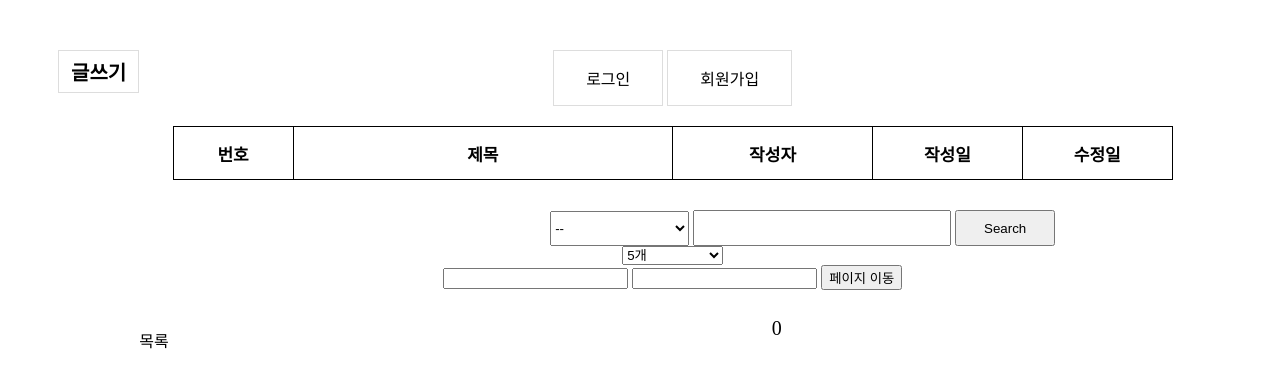
Repository: Shim-YoungDo/gaea-study
Page: http://localhost/study/WEB-INF/views/board/list.jsp
An editor plug-in stored every save of this project. The page is shown before and after the next save, followed by the edit.
The browser window is 1280 px wide. The pictures show the whole page.
The page is served by Tomcat 9. Nobody is signed in. Other server files are loaded and not shown. The template is opened directly, without the code that normally fills it, so the values that code supplies are empty.

Above is the page before, as saved 2021-12-13 07:14:14.

### study/src/main/webapp/WEB-INF/views/board/list.jsp
<%@ page language="java" contentType="text/html; charset=UTF-8"
	pageEncoding="UTF-8"%>
<%@ taglib uri="http://java.sun.com/jsp/jstl/core" prefix="c"%>
<%@ taglib prefix="fmt" uri="http://java.sun.com/jsp/jstl/fmt"%>
<!DOCTYPE html>
<html>
<head>
<meta charset="UTF-8">
<title>Insert title here</title>
<link rel="stylesheet" href="/resources/css/board/list.css">
<script src="https://code.jquery.com/jquery-3.4.1.js"
	integrity="sha256-WpOohJOqMqqyKL9FccASB9O0KwACQJpFTUBLTYOVvVU="
	crossorigin="anonymous"></script>
</head>
<body>
	<div class="table_wrap">
		<a href="/board/registeView" class="enroll_btn">글쓰기</a>
		<a href="/board/list" class="list_btn">목록</a>
		<div class="login_area">
		<!-- 로그인 x -->
		<c:if test="${member==null}">
		<div class="login_button"><a href="/member/login">로그인</a></div>
		<span><a href="/member/join">회원가입</a></span>
		</c:if>

		<!-- 로그인 o -->
		<c:if test="${member != null}">
		<div class="login_success_area">
			<span>이름:${member.memberName}</span>
			<span>아이디:${member.memberID}</span>
			<a href="/member/logout">로그아웃</a>
		</div>
		</c:if>

		<table>
			<thead>
				<tr>
					<th class="bno_width">번호</th>
					<th class="title_width">제목</th>
					<th class="writer_width">작성자</th>
					<th class="regdate_width">작성일</th>
					<th class="updatedate_width">수정일</th>
				</tr>
			</thead>
			<c:forEach items="${list}" var="list">
				<tr>
					<td><c:out value="${list.boardNumber}" /></td>
					<td>
						<a class="move" href='<c:out value="${list.boardNumber}"/>'>
							<c:out value="${list.boardTitle}" />
						</a>
					</td>
					<td>
						<c:out value="${list.boardWriter}" />
					</td>
					<td>
						<fmt:formatDate pattern="yyyy/MM/dd"
							value="${list.boardRegistrationDate}" />
					</td>
					<td>
						<fmt:formatDate pattern="yyyy/MM/dd"
							value="${list.boardUpdateDate}" />
					</td>
				</tr>
			</c:forEach>
		</table>

		<div class="search_wrap">
			<div class="search_area">
				<select name="type">
                <option value="" <c:out value="${pageMake.cri.type == null?'selected':'' }"/>>--</option>
                <option value="T" <c:out value="${pageMake.cri.type eq 'T'?'selected':'' }"/>>제목</option>
                <option value="C" <c:out value="${pageMake.cri.type eq 'C'?'selected':'' }"/>>내용</option>
                <option value="W" <c:out value="${pageMake.cri.type eq 'W'?'selected':'' }"/>>작성자</option>
                <option value="TC" <c:out value="${pageMake.cri.type eq 'TC'?'selected':'' }"/>>제목 + 내용</option>
                <option value="TW" <c:out value="${pageMake.cri.type eq 'TW'?'selected':'' }"/>>제목 + 작성자</option>
                <option value="TCW" <c:out value="${pageMake.cri.type eq 'TCW'?'selected':'' }"/>>제목 + 내용 + 작성자</option>
            </select>
				<input type="text" name="keyword" value="${pageMake.cri.keyword}">
				<button>Search</button>
			</div>
		</div>

		<div class="amount_wrap">
			<div class="amount_area">

					<select name="amount" onchange="selectBoxChange(this.value);">
						<option value="" disabled >=== 선택 ===</option>
						<option value=5 <c:out value="${pageMake.cri.amount == 5?'selected':''}"/>>5개</option>
    					<option value=10 <c:out value="${pageMake.cri.amount == 10?'selected':''}"/>>10개</option>
    					<option value=20 <c:out value="${pageMake.cri.amount == 20?'selected':''}"/>>20개</option>
    					<option value=25 <c:out value="${pageMake.cri.amount == 25?'selected':''}"/>>25개</option>

					</select>

			</div>
		</div>


		<div class="page_select_wrap">
			<div class="page_select_area">
				<input type = "text" pattern="\d" name="pageSelect"value='<c:out value="${pageMake.cri.pageNum}"/>'>
				<input name = "totalPage" readonly="readonly" value = '<c:out value="${pageMake.realEnd}"/>'>
				<button>페이지 이동</button>
			</div>
		</div>

		<div class="pageInfo_wrap">
			<div class="pageInfo_area">
				<ul id="pageInfo" class="pageInfo">

					<!-- 이전페이지 버튼 -->
					<c:if test="${pageMake.prev}">
						<li class="pageInfo_btn previous"><a href="${pageMake.startPage-1}">이전</a></li>
					</c:if>

					<!-- 각 번호 페이지 버튼 -->
					<c:forEach var="num" begin="${pageMake.startPage}" end="${pageMake.endPage}">
						<li class="pageInfo_btn ${pageMake.cri.pageNum == num ? "active":"" }"><a href="${num}">${num}</a></li>
					</c:forEach>

					<!--
					<form id="pageForm" method="post">
					<select name="amount" id="amount" onchange="selectBoxChange(this.value);">
						<option value="none">=== 선택 ===</option>
						<option value="5">5개</option>
    					<option value="10">10개</option>
    					<option value="20">20개</option>
					</select>
					</form>
					-->

					<!-- 다음페이지 버튼 -->
					<c:if test="${pageMake.next}">
						<li class="pageInfo_btn next"><a href="${pageMake.endPage+1}">다음</a></li>
					</c:if>
				</ul>
			</div>
		</div>

		<form id="moveForm" method="get">
			<input type="hidden" name="pageNum" value="${pageMake.cri.pageNum}">
			<input type="hidden" name="amount" value="${pageMake.cri.amount}">
			<input type="hidden" name="keyword" value="${pageMake.cri.keyword}">
			<input type="hidden" name="type" value="${pageMake.cri.type}">

		</form>
	</div>
</div>

	<script>
		let moveForm = $("#moveForm");
		let pageForm = $("#pageForm");

		$(".move").on("click", function(e) {
			e.preventDefault();
			moveForm.append("<input type='hidden' name='boardNumber' value='"
					+ $(this).attr("href") + "'>"); //<form>내부 boardNumber값을 저장하는 <input>태그 생성
			moveForm.attr("action", "/board/getPage");
			moveForm.submit();
				});

		$(".pageInfo a").on("click", function(e){
			e.preventDefault();
			moveForm.find("input[name='pageNum']").val($(this).attr("href")); //<form>내부 pageNum과 관련된 <input>태그의 value 속성값에 클릭한<a>태그 페이지 번호 삽입
			moveForm.attr("action", "/board/list");
			moveForm.submit();
		});

		/*
		var selectBoxChange = function(value){
			console.log("결과:" +value);
			$.ajax({
				type:"post",
				url:"/board/pageAmount",
				data: "pageAmount=" +value,
				success : function(data){
					alert("성공", +data);
					console.log(data);
				}
			});
		}*/

		/*
		$("#pageForm").change(function(){
			var pageAmount = value;

			$.ajax({
				type:"post",
				url:"/board/pageAmount",
				data: "pageAmount=" +pageAmount,
				success : function(data){
					alert("성공", +data);
					console.log(data);
				}
			});

		});*/


		//검색기능
		$(".search_area button").on("click", function(e){
			e.preventDefault();

			let type = $(".search_area select").val();
			let keyword = $(".search_area input[name='keyword']").val();

			if(!type){
				alert("검색 종류를 선택하세요");
				return false;
			}
			if(!keyword){
				alert("키워드를 입력하세요");
				return false;
			}

			//let val = $("input[name='keyword']").val();
			moveForm.find("input[name='type']").val(type);
			moveForm.find("input[name='keyword']").val(keyword);
			moveForm.find("input[name='pageNum']").val(1);
			moveForm.submit();
		});

		/*
		$("#pageForm").change(function(){
			var pageAmount = value;
			let amount = $(".amount_area select").val();

			pageForm.find("input[name]='amount'").val(amount);
			pageForm.submit();
		});*/

		//화면에 출력될 총 게시글 수 선택
		var selectBoxChange = function(value){

			let amount = $(".amount_area select").val();

			//pageForm.find("input[name]='amount'").val(amount);
			//pageForm.submit();
			moveForm.find("input[name='amount']").val(amount);
			moveForm.find("input[name='pageNum']").val(1);
			moveForm.submit();

			console.log("결과:" +value);
			//alert("성공", +data);
		}

		//선택 페이지 이동
		$(".page_select_area button").on("click",function(){

			let pageNum = $(".page_select_area [name='pageSelect']").val();

			moveForm.find("input[name='pageNum']").val(pageNum);
			moveForm.attr("action", "/board/list");
			moveForm.submit();
		});




		/*
		$(".page_count_area button").on("click"function(){
			let pageCount = $(".page_count_area [name='pageCount']").val();
			moveForm.find("input[name='pageCount']").val(pageCount);
			moveForm.attr("action", "/board/list");
			moveForm.submit();
		});
		*/
	</script>

</body>
</html>

### study/src/main/webapp/resources/css/board/list.css
@charset "UTF-8";
a{
  	text-decoration : none;
  }
  table{
 	border-collapse: collapse;
 	width: 1000px;
 	margin-top : 20px;
 	text-align: center;
  }
  td, th{
  	border : 1px solid black;
  	height: 50px;
  }
  th{
  	font-size : 17px;
  }
  thead{
  	font-weight: 700;
  }
  .table_wrap{
  	margin : 50px 0 0 50px;
  }
  .bno_width{
  	width: 12%;
  }
  .writer_width{
  	width: 20%;
  }
  .regdate_width{
  	width: 15%;
  }
  .updatedate_width{
  	width: 15%;
  }
  .enroll_btn{
    float:left;
  	font-size: 20px;
    padding: 6px 12px;
    background-color: #fff;
    border: 1px solid #ddd;
    font-weight: 600;
  }

  .pageInfo{
      list-style : none;
      display: inline-block;
    margin: 20px 0 0 150px;
  }
  .pageInfo li{
      float: left;
    font-size: 20px;
    margin-left: 18px;
    padding: 7px;
    font-weight: 500;
  }
  .login_area{
	height:30%;
	display:inline-block;
	text-align:center;
}
  .login_button{
  	background-color: #ffffff; /* Green */
    border: 1px solid #ddd;
    color: white;
    padding: 15px 32px;
    text-align: center;
    text-decoration: none;
    display: inline-block;
    font-size: 16px;
  }
  .login_area>span{
	background-color: #ffffff; /* Green */
    border: 1px solid #ddd;
    color: white;
    padding: 15px 32px;
    text-align: center;
    text-decoration: none;
    display: inline-block;
    font-size: 16px;
}

/*로그인 성공 영역*/
.login_success_area{
	width:25%;
	height:30%;
	border:2px solid #7474ad;
	border-radius:15px;
	margin:5% auto;
}
.login_success_area>span{
	display:block;
	text-align:left;
	margin-left:10px
}
.login_success_area>a{
    font-size: 15px;
    font-weight: 900;
    display: inline-block;
    margin-top: 5px;
    background: #e1e5e8;
    width: 82px;
    height: 22px;
    line-height: 22px;
    border-radius: 25px;
    color: #606267;
}

.search_area{
    display: inline-block;
    margin-top: 30px;
    margin-left: 260px;
  }
  .search_area input{
      height: 30px;
    width: 250px;
  }
  .search_area button{
     width: 100px;
    height: 36px;
  }

  .search_area select{
  	height:35px;
  }


 a:link {color:black; text-decoration: none;}
 a:visited {color:black; text-decoration: none;}
 a:hover {color:blue; text-decoration: underline;}
 .active{
 	text-decoration:underline;
 }

After the next save:
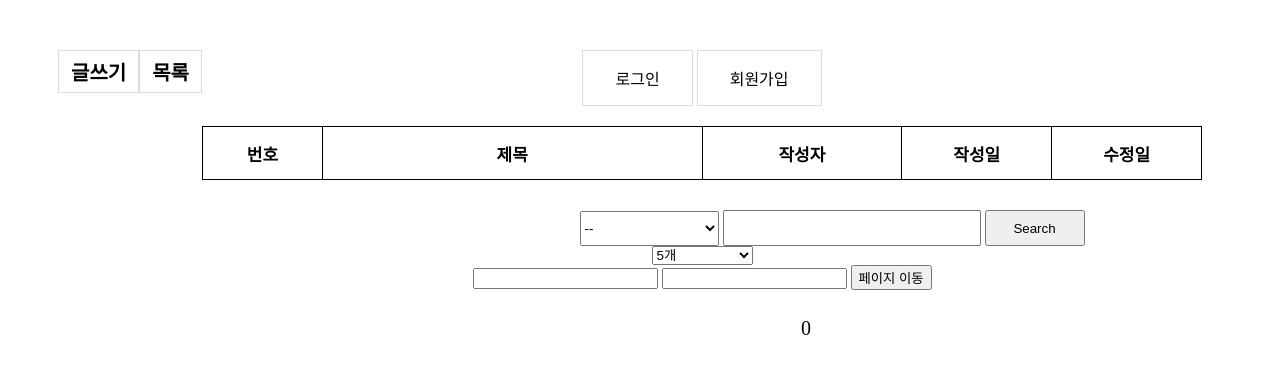
Saved 39 min 40 s later.
--- a/study/src/main/webapp/resources/css/board/list.css
+++ b/study/src/main/webapp/resources/css/board/list.css
@@ -34,6 +34,14 @@ a{
   	width: 15%;
   }
   .enroll_btn{
+    float:left;
+  	font-size: 20px;
+    padding: 6px 12px;
+    background-color: #fff;
+    border: 1px solid #ddd;
+    font-weight: 600;
+  }
+  .list_btn{
     float:left;
   	font-size: 20px;
     padding: 6px 12px;
